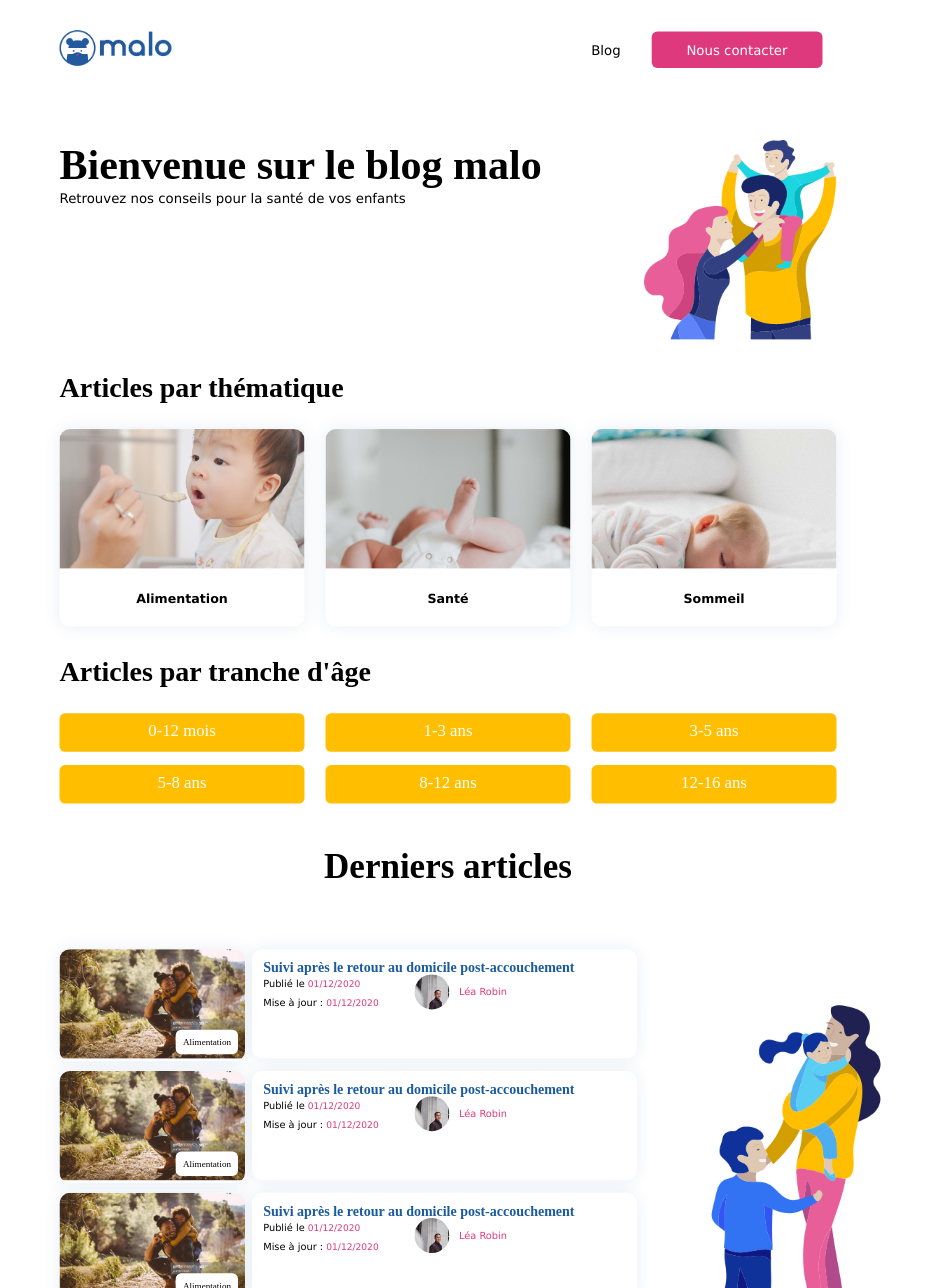
Repository: carbone-dev/keli-malo
Page: blog.html
An editor plug-in stored every save of this project. The page is shown before and after the next save, followed by the edit.
The browser window is 1280 px wide. The page is 1342 px wide, so the pictures cover 1342 px, including what lies to the right of the window. The pictures show the part of the page from y = 0 to 1840 px (the page is 2685 px tall before and 2585 px after), at 70% of full size.

Above is the page before, as saved 2020-12-11 11:50:08.

### blog.html
<!DOCTYPE html>
<html lang="en">

<head>
    <meta charset="UTF-8">
    <meta name="viewport" content="width=device-width, initial-scale=1.0">
    <title>Document</title>
    <link rel="stylesheet" type="text/css" href="css/style.css">
    <link rel="stylesheet" type="text/css" href="css/header.css">
    <link rel="stylesheet" type="text/css" href="css/grid.css">
    <link rel="stylesheet" type="text/css" href="css/blog.css">
    <link rel="preconnect" href="https://fonts.gstatic.com">
    <link href="https://fonts.googleapis.com/css2?family=Poppins:wght@200;300;400;900&display=swap" rel="stylesheet">
</head>

<body>
    <div class="container">

        <div class="header row align-items-center">
            <div class="col-6 col-md-2 ">
                <img class='img-full-width ' src="img/logo.png">
            </div>
            <div class="menu col-6 col-md-10 right d-none d-md-block ">
                <a href="#">Blog</a>
                <a href="#" class="boutton-1">Nous contacter</a>
            </div>
            <div class="menu col-6 col-md-10 right d-md-none d-sm-block">
                <a href="#nav-mobile">
                    <img src="img/burger.png" alt="">
                </a>
            </div>

            <div id="nav-mobile" class="modaloverlay">
                <div class="modal">
                    <div class="row">
                        <div class="col-6">
                            <img class='img-full-width ' src="img/logo.png">
                        </div>
                        <div class="menu col-6 right">
                            <a href="#close" class="close">
                                <img src="img/close.png" alt="">
                            </a>
                        </div>
                    </div>
                    <div class="row align-items-center center modal-content">
                        <div class="col-12">
                            <a href="#">Blog</a>
                        </div>
                        <div class="col-12">
                            <a href="#" class="boutton-1">Nous contacter</a>
                        </div>
                        <div class="col-12">
                            <a href="#"><img src="img/instagram.png"></a>
                            <a href="#"><img src="img/linkedin.png"></a>
                            <a href="#"><img src="img/facebook.png"></a>
                        </div>
                    </div>
                </div>
            </div>
        </div>

        <div class="top-section row">
            <div class="col-12 col-md-8 t-responsive">
                <h1>
                    Bienvenue sur le blog malo
                </h1>
                <p>Retrouvez nos conseils pour la santé de vos enfants</p>
            </div>
            <div class="col-12 col-md-4 right t-responsive">
                <img src="img/blog-header-image.png" alt="blog-header-image">
            </div>
        </div>

        <div class="section t-responsive">
            <h3>Articles par thématique</h3>
            <div class="row">
                <div class="col-sm-12 col-md-4">
                    <div class="card">
                        <img src="img/blog-theme-1.jpg" alt="Avatar" style="width:100%">
                        <div class="card-content row align-items-center">
                            <p class="card-title col-12">Alimentation</p>
                        </div>
                    </div>
                </div>
                <div class="col-sm-12 col-md-4">
                    <div class="card">
                        <img src="img/blog-theme-2.jpg" alt="Avatar" style="width:100%">
                        <div class="card-content row align-items-center">
                            <p class="card-title col-12">Santé</p>
                        </div>
                    </div>
                </div>
                <div class="col-sm-12 col-md-4">
                    <div class="card">
                        <img src="img/blog-theme-3.jpg" alt="Avatar" style="width:100%">
                        <div class="card-content row align-items-center">
                            <p class="card-title col-12">Sommeil</p>
                        </div>
                    </div>
                </div>
            </div>
        </div>

        <div class="section t-responsive">
            <h3>Articles par tranche d'âge</h3>
            <div class="row">
                <div class="col-6 col-md-4 margin-bottom">
                    <button class="btn btn-tertiary full-width">0-12 mois</button>
                </div>
                <div class="col-6 col-md-4 margin-bottom">
                    <button class="btn btn-tertiary full-width">1-3 ans</button>
                </div>
                <div class="col-6 col-md-4 margin-bottom">
                    <button class="btn btn-tertiary full-width">3-5 ans</button>
                </div>
                <div class="col-6 col-md-4 margin-bottom">
                    <button class="btn btn-tertiary full-width">5-8 ans</button>
                </div>
                <div class="col-6 col-md-4 margin-bottom">
                    <button class="btn btn-tertiary full-width">8-12 ans</button>
                </div>
                <div class="col-6 col-md-4 margin-bottom">
                    <button class="btn btn-tertiary full-width">12-16 ans</button>
                </div>
            </div>
        </div>

        <div class="section">
            <h2 class="center">Derniers articles</h2>
            <div class="row">
                <div class="col-12 col-md-9">
                    <div class="blog row no-gutters">
                        <div class="col-4">
                            <div class="blog-img">
                                <img src="img/blog-1.jpg" class="full-width" alt="">
                                <span class="tag">Alimentation</span>
                            </div>
                        </div>
                        <div class="col-8">
                            <div class="blog-content">
                                <a href="#">
                                    <h4 class="blog-title secondary">Suivi après le retour au domicile post-accouchement
                                    </h4>
                                </a>
                                <div class="row no-gutters mt-5 col-reverse">
                                    <div class="col-md-5 col-12">
                                        <p>
                                            Publié le <span class="primary">01/12/2020 </span>
                                        </p>
                                        <p>
                                            Mise à jour : <span class="primary">01/12/2020 </span>
                                        </p>
                                    </div>
                                    <div class="col-md-7 col-12">
                                        <div class="avatar d-inline-block ">
                                            <img src="img/avatar.jpg" alt="">
                                        </div>
                                        <div class="author d-inline-block">
                                            <p class="primary">Léa Robin</p>
                                        </div>
                                    </div>
                                </div>
                            </div>
                        </div>
                    </div>

                    <div class="blog row no-gutters">
                        <div class="col-4">
                            <div class="blog-img">
                                <img src="img/blog-1.jpg" class="full-width" alt="">
                                <span class="tag">Alimentation</span>
                            </div>
                        </div>
                        <div class="col-8">
                            <div class="blog-content">
                                <a href="#">
                                    <h4 class="blog-title secondary">Suivi après le retour au domicile post-accouchement
                                    </h4>
                                </a>
                                <div class="row no-gutters mt-5 col-reverse">
                                    <div class="col-md-5 col-12">
                                        <p>
                                            Publié le <span class="primary">01/12/2020 </span>
                                        </p>
                                        <p>
                                            Mise à jour : <span class="primary">01/12/2020 </span>
                                        </p>
                                    </div>
                                    <div class="col-md-7 col-12">
                                        <div class="avatar d-inline-block ">
                                            <img src="img/avatar.jpg" alt="">
                                        </div>
                                        <div class="author d-inline-block">
                                            <p class="primary">Léa Robin</p>
                                        </div>
                                    </div>
                                </div>
                            </div>
                        </div>
                    </div>

                    <div class="blog row no-gutters">
                        <div class="col-4">
                            <div class="blog-img">
                                <img src="img/blog-1.jpg" class="full-width" alt="">
                                <span class="tag">Alimentation</span>
                            </div>
                        </div>
                        <div class="col-8">
                            <div class="blog-content">
                                <a href="#">
                                    <h4 class="blog-title secondary">Suivi après le retour au domicile post-accouchement
                                    </h4>
                                </a>
                                <div class="row no-gutters mt-5 col-reverse">
                                    <div class="col-md-5 col-12">
                                        <p>
                                            Publié le <span class="primary">01/12/2020 </span>
                                        </p>
                                        <p>
                                            Mise à jour : <span class="primary">01/12/2020 </span>
                                        </p>
                                    </div>
                                    <div class="col-md-7 col-12">
                                        <div class="avatar d-inline-block ">
                                            <img src="img/avatar.jpg" alt="">
                                        </div>
                                        <div class="author d-inline-block">
                                            <p class="primary">Léa Robin</p>
                                        </div>
                                    </div>
                                </div>
                            </div>
                        </div>
                    </div>

                    <div class="blog row no-gutters">
                        <div class="col-4">
                            <div class="blog-img">
                                <img src="img/blog-1.jpg" class="full-width" alt="">
                                <span class="tag">Alimentation</span>
                            </div>
                        </div>
                        <div class="col-8">
                            <div class="blog-content">
                                <a href="#">
                                    <h4 class="blog-title secondary">Suivi après le retour au domicile post-accouchement
                                    </h4>
                                </a>
                                <div class="row no-gutters mt-5 col-reverse">
                                    <div class="col-md-5 col-12">
                                        <p>
                                            Publié le <span class="primary">01/12/2020 </span>
                                        </p>
                                        <p>
                                            Mise à jour : <span class="primary">01/12/2020 </span>
                                        </p>
                                    </div>
                                    <div class="col-md-7 col-12">
                                        <div class="avatar d-inline-block ">
                                            <img src="img/avatar.jpg" alt="">
                                        </div>
                                        <div class="author d-inline-block">
                                            <p class="primary">Léa Robin</p>
                                        </div>
                                    </div>
                                </div>
                            </div>
                        </div>
                    </div>
                    <div class="no-gutters mt-5 row">
                        <div class="col-md-8 d-none d-md-block">
                        </div>
                        <div class="col-md-4 col-12">
                            <button class="btn btn-primary full-width">
                                Voir plus d'articles
                            </button>
                        </div>
                    </div>





                </div>
                <div class="col-md-3 d-none d-md-block blog-list-bg">
                    <img src="img/blog-list-bg.jpg" alt="">
                </div>
            </div>
        </div>




    </div>


    <div class="footer mt-10">
		<div class="logo-popup row center-p">
			<div class="logo-boutton center col-md-6">
				<img src="img/logo-footer.png" width="50%"><br>
				<div class="img-boutton">
					<a href="#"><img src="img/app-store.png"></a>
					<a href="#"><img src="img/google-play.png"></a>
				</div>
			</div>
			<div class="popup-icon col-md-5 left center-p">
				<div class="box-shadow news-letter">
					<h4>Newsletter</h4>
					<p>Inscrivez-vous à notre newsletter pour recevoir <br>les derniers articles du blog !</p>
					<div class="row center-p">
						<input type="email" name="mail" placeholder="Entrez votre Email"
							class="formulaire mail-footer col-md-6 col-6">
						<input type="submit" value="S'inscrire" class="formulaire boutton-footer col-md-4 col-4">
					</div>
				</div>
				<div class="suivez-footer">
					<h4>Suivez-nous</h4>
					<a href="#"><img src="img/instagram-footer.png"></a>
					<a href="#"><img src="img/linkedin-footer.png"></a>
					<a href="#"><img src="img/facebook-footer.png"></a>
				</div>


			</div>
		</div>
		<div class="menu-footer center">
			<ul class="row center ">
				<li><a href="#">kelindi </a></li>
				<li><a href="#">Board médical malo </a></li>
				<li><a href="#">Blog </a></li>
				<li><a href="#">Presse </a></li>
				<li><a href="#">Contact </a></li>
				<li><a href="#">Signaler un problème </a></li>
				<li><a href="#">FAQ </a></li>
			</ul>
			<p><span>Mentions légales CGU Politique de confidentialité</span></p>
		</div>
	</div>
</body>

</html>

### css/header.css
.header{
    margin-top: 43px;
}

/* MODAL MOBILE */

.modaloverlay {
    background: rgba(0, 0, 0, 0.8);
    bottom: 0;
    left: 0;
    opacity: 0;
    pointer-events: none;
    position: fixed;
    right: 0;
    top: 0;
    -webkit-transition: opacity 400ms ease-in;
    -moz-transition: opacity 400ms ease-in;
    transition: opacity 400ms ease-in;
    z-index: -1;
    display: none;
  }
  .modaloverlay:target {
    display: block;
    opacity: 1;
    pointer-events: auto;
    z-index: 99999;
  }
  .modaloverlay .modal {
    background-color: white;
    height: 100%;
    position: relative;
    margin: 0 auto;
    padding-top: 43px;
    padding-left: 15px;
    overflow-y: scroll;
    -webkit-overflow-scrolling: touch;
  }
  @media (min-width: 60em) {
    .modaloverlay .modal {
      height: 75%;
      margin: 5% auto;
      max-height: 57em;
      max-width: 66em;
      width: 85%;
    }
  }
  .modaloverlay .modal > iframe,
  .modaloverlay .modal > div {
    border: none;
    width: 100%;
    /* height: 100%; */
  }
  .modaloverlay .close {
    position: relative;
    top: 10px;
  }

  .modal-content{
    height: 60%;
    padding-top: 160px;
  }

### css/blog.css
.card {
  transition: 0.3s;
  width: 100%;
  border-radius: 15px;
  box-shadow: 0 0 25px 0 rgba(34, 90, 157, 0.1);
  overflow: hidden;
  cursor: pointer;
}

.card img {
  width: 100%;
  height: 199px;
  object-fit: cover;
}

.card:hover {
  box-shadow: 0 8px 16px 0 rgba(0, 0, 0, 0.2);
}

.card-content {
  padding: 2px 16px;
  height: 79px;
}

.card-title {
  font-family: verdana;
  font-size: 18px;
  font-weight: 900;
  text-align: center;
}

.blog {
  margin-bottom: 14px;
}

.blog-img {
  border-radius: 15px;
  box-shadow: 0 0 25px 0 rgba(34, 90, 157, 0.1);
  overflow: hidden;
  position: relative;
  margin-right: 10px;
}

.blog-img img {
  width: 100%;
  height: 156px;
  object-fit: cover;
}

.blog-content {
  height: 156px;
  padding: 16px;
  border-radius: 15px;
  box-shadow: 0 0 25px 0 rgba(34, 90, 157, 0.1);
  background-color: #ffffff;
}

.blog-content p {
  font-size: 14px !important;
}

.blog-title {
  margin-bottom: 0 !important;
  font-size: 20px;
  line-height: 1;
}

.blog-list-bg{
    padding: 7% 0 7% 0;
}

.avatar {
  height: 50px;
  width: 50px;
  border-radius: 50px;
  overflow: hidden;
}

.avatar img {
  width: 100%;
  object-fit: cover;
}

.author {
  position: relative;
  top: -20px;
  left: 10px;
}

.tag {
  height: 35px;
  background-color: #ffffff;
  padding: 10px;
  position: absolute;
  bottom: 10px;
  display: block;
  border-radius: 8px;
  font-family: montserrat;
  right: 10px;
}

@media only screen and (min-width: 107px) and (max-width: 768px) {
  .blog-title {
    font-size: 12px !important;
    line-height: 1 !important;
  }
  .blog-content p {
    font-size: 12px !important;
    height: 15px;
  }

  .blog-content span {
    font-size: 8px !important;
  }

  .tag{
    font-size: 10px !important;
    padding: 0px 5px 0 5px !important;
    height: 20px;
    border-radius: 6px;
  }

  .avatar {
    height: 18px;
    width: 18px;
  }

  .author {
    position: relative;
    top: -5px;
    left: 5px;
  }
}

Loaded but not shown: css/grid.css (1420 lines, source omitted); css/style.css (873 lines, source omitted)

After the next save:
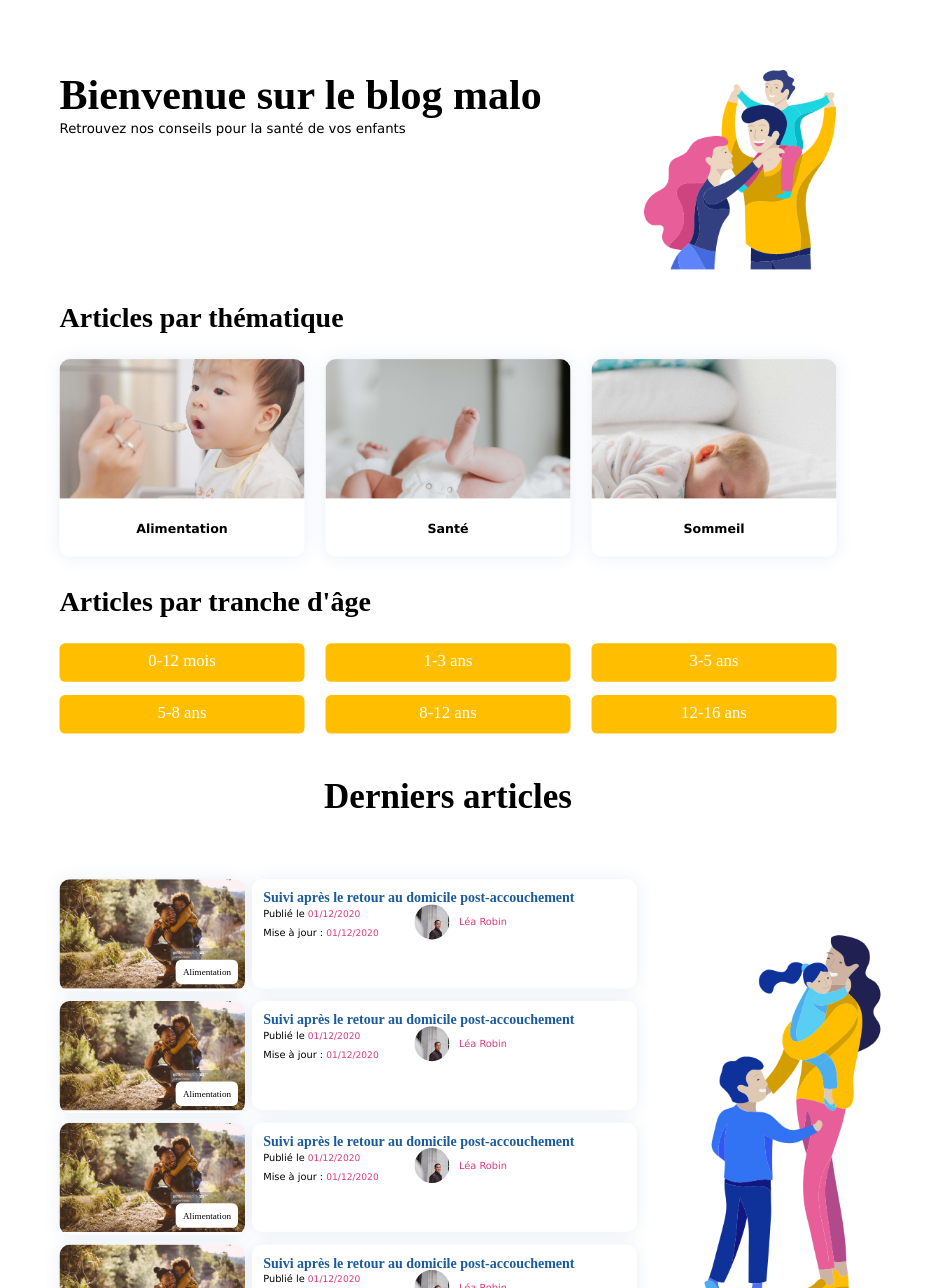
Saved 8 s later.
--- a/blog.html
+++ b/blog.html
@@ -16,7 +16,7 @@
 <body>
     <div class="container">
 
-        <div class="header row align-items-center">
+        <!-- <div class="header row align-items-center">
             <div class="col-6 col-md-2 ">
                 <img class='img-full-width ' src="img/logo.png">
             </div>
@@ -57,7 +57,7 @@
                     </div>
                 </div>
             </div>
-        </div>
+        </div> -->
 
         <div class="top-section row">
             <div class="col-12 col-md-8 t-responsive">

After the save that followed:
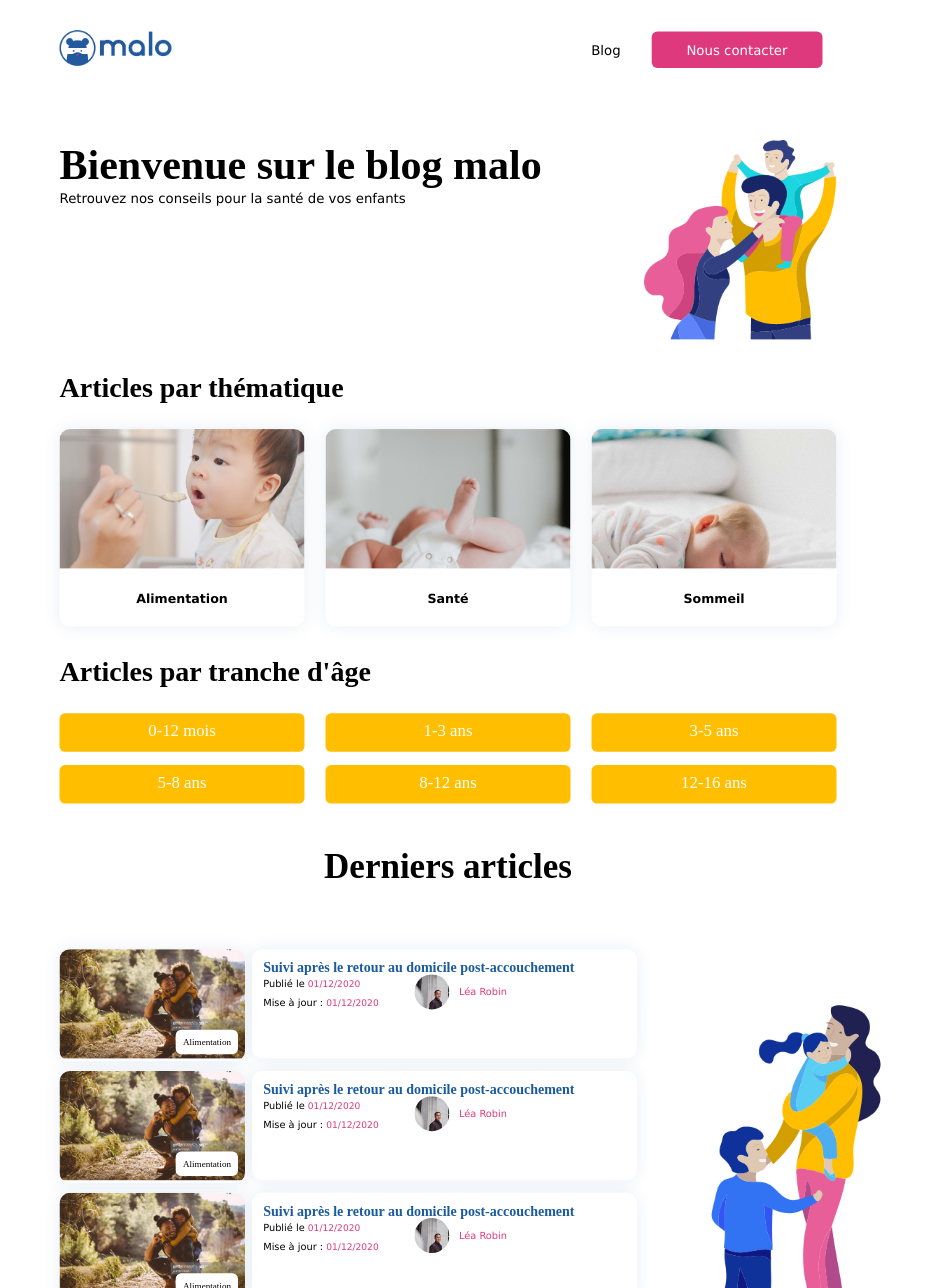
Saved 9 s later.
--- a/blog.html
+++ b/blog.html
@@ -16,7 +16,7 @@
 <body>
     <div class="container">
 
-        <!-- <div class="header row align-items-center">
+        <div class="header row align-items-center">
             <div class="col-6 col-md-2 ">
                 <img class='img-full-width ' src="img/logo.png">
             </div>
@@ -57,7 +57,7 @@
                     </div>
                 </div>
             </div>
-        </div> -->
+        </div>
 
         <div class="top-section row">
             <div class="col-12 col-md-8 t-responsive">
